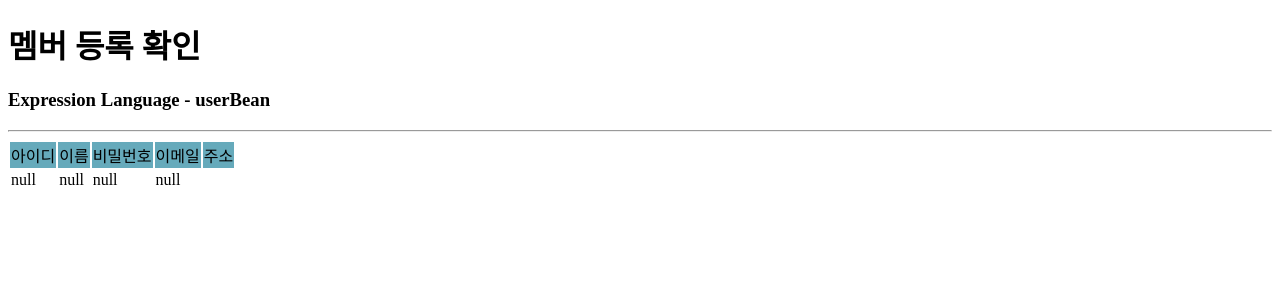
Repository: jsb5589/JAVAStudy
Page: http://localhost/JSP04/members/member5.jsp
These files come from the project's save history. The page is drawn as it stood at one moment and after the next save; the edit follows.
The browser window is 1280 px wide. The pictures show the whole page.
The page is served by Tomcat 9. Other server files are loaded and not shown.

Above is the page before, as saved 2021-08-12 08:25:24.

### EZWebs/JSP04/src/main/webapp/members/member5.jsp
<%@ page language="java" contentType="text/html; charset=UTF-8"
	import="members.*"
	import="java.util.*"
    pageEncoding="UTF-8" isELIgnored="false"%>

<%
	request.setCharacterEncoding("UTF-8");
%>

<jsp:useBean id="member" class="members.MemberVO"/>
<jsp:setProperty name="member" property="*"/>
<jsp:useBean id="memberList" class="java.util.ArrayList"/>

<%
	MemberVO member2 = new MemberVO("3437", "삼사삼사", "3434", "3434@abc.com");
	memberList.add(member);
	memberList.add(member2);
%>
<!DOCTYPE html>
<html>
<head>
	<meta charset="UTF-8">
	<title>멤버 등록 및 조회</title>
</head>
<body>
	<h1>멤버 등록 확인</h1>
	<h3>Expression Language - userBean</h3>
	<hr>
	<table>
		<tr bgcolor="66aabb">
			<td>아이디</td>
			<td>이름</td>
			<td>비밀번호</td>
			<td>이메일</td>
			<td>주소</td>
		</tr>
		<tr>
			<td><%=member.getMid()%></td>
			<td><%=member.getMname()%></td>
			<td><%=member.getPwd()%></td>
			<td><%=member.getEmail()%></td>
		</tr>
		<tr>
			<td>${param.mid}</td>
			<td>${param.mname}</td>
			<td>${param.pwd}</td>
			<td>${param.email}</td>
		</tr>
	</table>
</body>
</html>

### EZWebs/JSP04/src/main/java/members/MemberVO.java
/*
 * MemberVO Value Object
 */
package members;

import java.sql.Date;

public class MemberVO {
	private String mid;
	private String mname;
	private String pwd;
	private String email;
	private Date regdate;

	public MemberVO() {}

	public MemberVO(String mid, String mname, String pwd, String email) {
		this.mid = mid;
		this.mname = mname;
		this.pwd = pwd;
		this.email = email;
	}

	public String getMid() {
		return mid;
	}
	public void setMid(String mid) {
		this.mid = mid;
	}
	public String getMname() {
		return mname;
	}
	public void setMname(String mname) {
		this.mname = mname;
	}
	public String getPwd() {
		return pwd;
	}
	public void setPwd(String pwd) {
		this.pwd = pwd;
	}
	public String getEmail() {
		return email;
	}
	public void setEmail(String email) {
		this.email = email;
	}
	public Date getRegdate() {
		return regdate;
	}
	public void setRegdate(Date regdate) {
		this.regdate = regdate;
	}

}

After the next save:
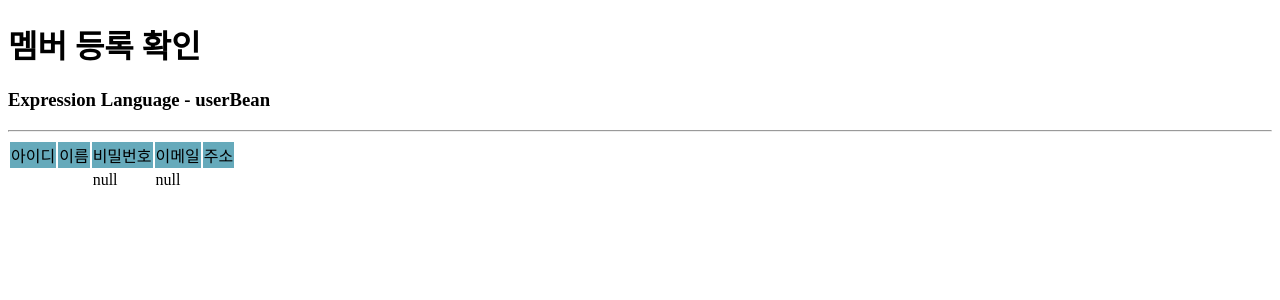
Saved 49 s later.
--- a/EZWebs/JSP04/src/main/webapp/members/member5.jsp
+++ b/EZWebs/JSP04/src/main/webapp/members/member5.jsp
@@ -35,8 +35,8 @@
 			<td>주소</td>
 		</tr>
 		<tr>
-			<td><%=member.getMid()%></td>
-			<td><%=member.getMname()%></td>
+			<td>${memberList[0].mid}</td>
+			<td>${memberList[0].mname}</td>
 			<td><%=member.getPwd()%></td>
 			<td><%=member.getEmail()%></td>
 		</tr>
